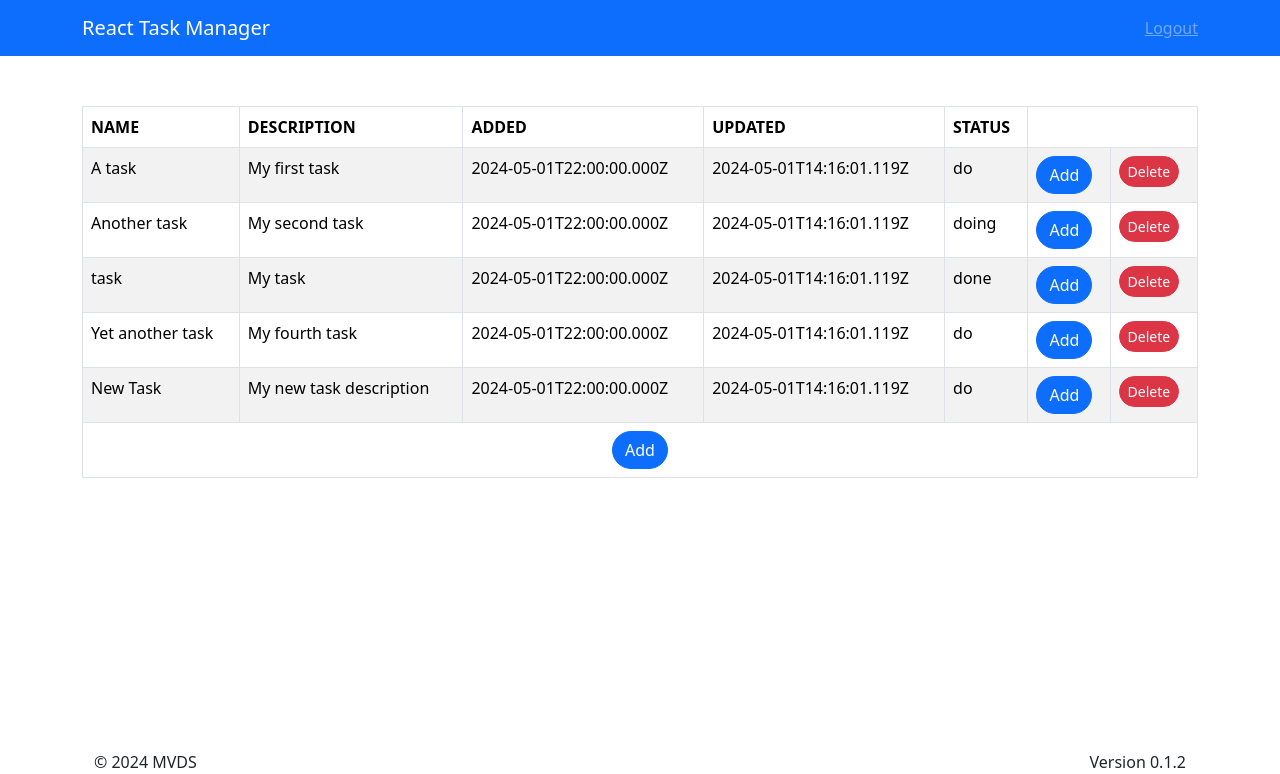
Repository: trider/react-task-manager
Page: /#/tasks
These files come from the project's save history. The page is drawn as it stood at one moment and after the next save; the edit follows.
The browser window is 1280 px wide. The pictures show the whole page.
The project was rebuilt for these pictures with package versions that can differ from the ones it lists, and the page was loaded fresh each time. Also part of the build but not shown: src/App.css, src/_data/_Users.js, src/pages/Login.js, src/components/Add.js.

Above is the page before, as saved 2024-05-10 15:13:18.

After the next save:
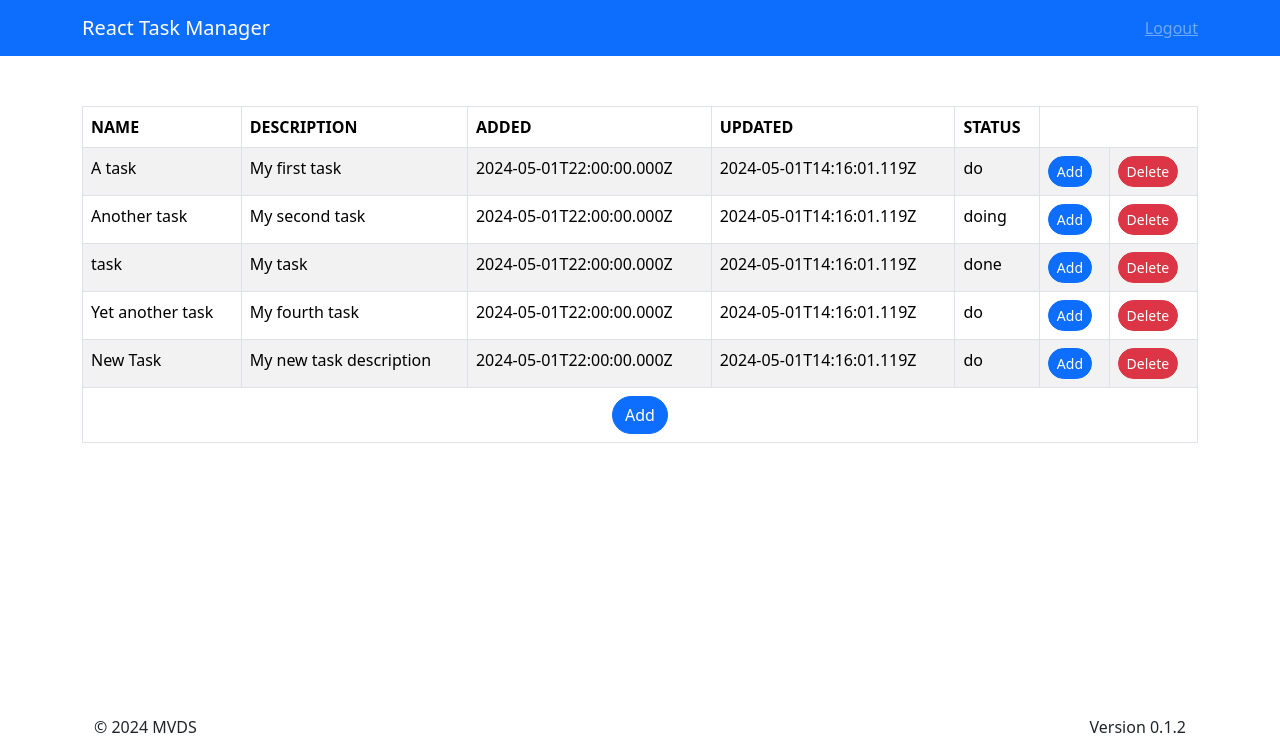
Saved 46 s later.
--- a/src/pages/Task.js
+++ b/src/pages/Task.js
@@ -152,7 +152,7 @@ const TaskTable = () => {
 
             <td>
               {/* {getButton(task)} */}
-              <ModalComponent title='Add' tasks={tasks} onAddTask={addTask} />
+              <ModalComponent title='Add' tasks={tasks} onAddTask={addTask} size='sm' />
             </td>
             <td>
               <Button variant="danger rounded-pill" size='sm' onClick={(e) => deleteTask(task)}>
